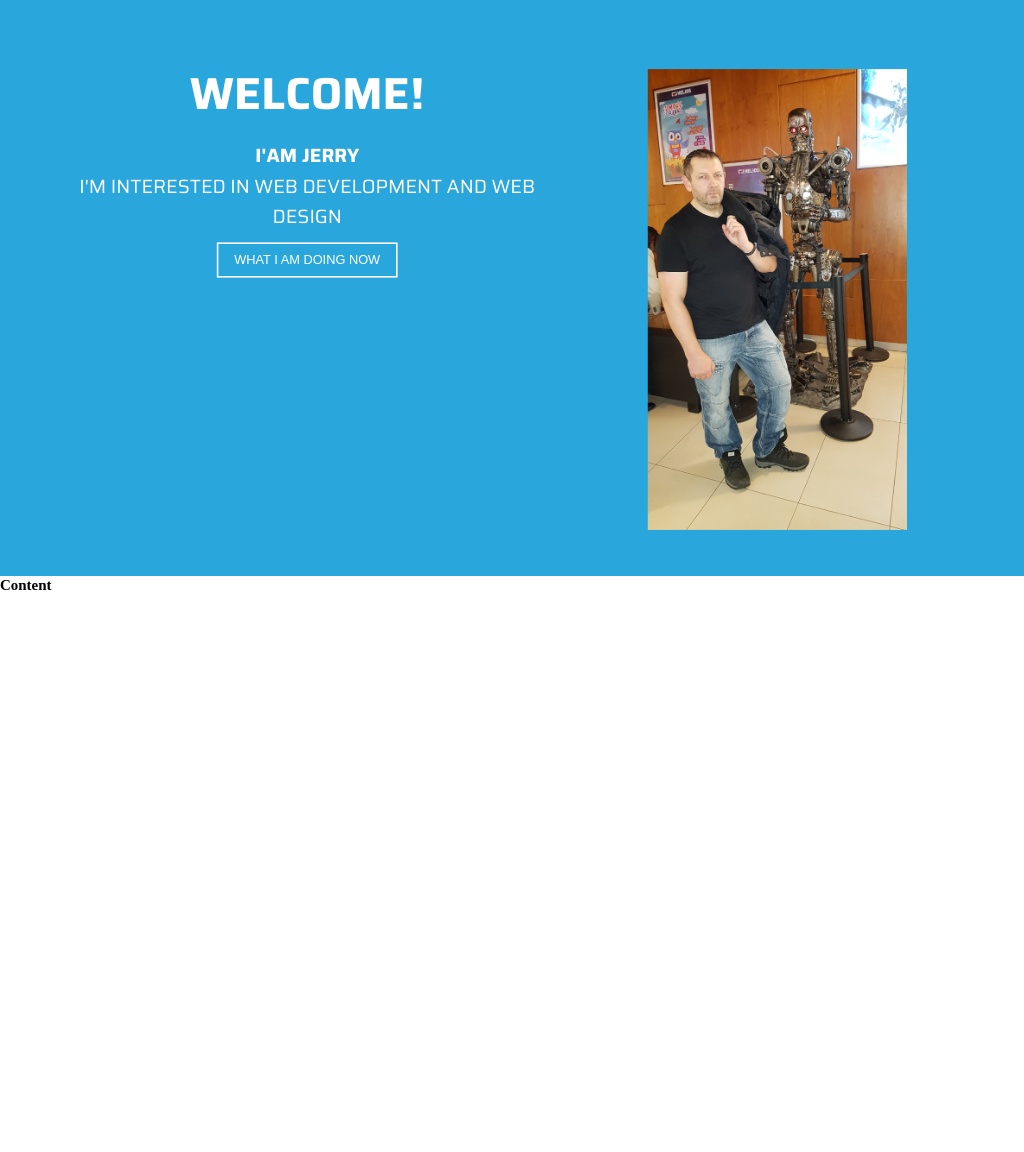
Repository: navanweb/dev
Page: jerry.html
The author's editor kept a copy of each file at every save. The page is drawn from the files as they stood at one save, then again after the next save.
The browser window is 1280 px wide. The pictures show the whole page, at 80% of full size.

Above is the page before, as saved 2019-04-06 22:03:38.

After the next save:
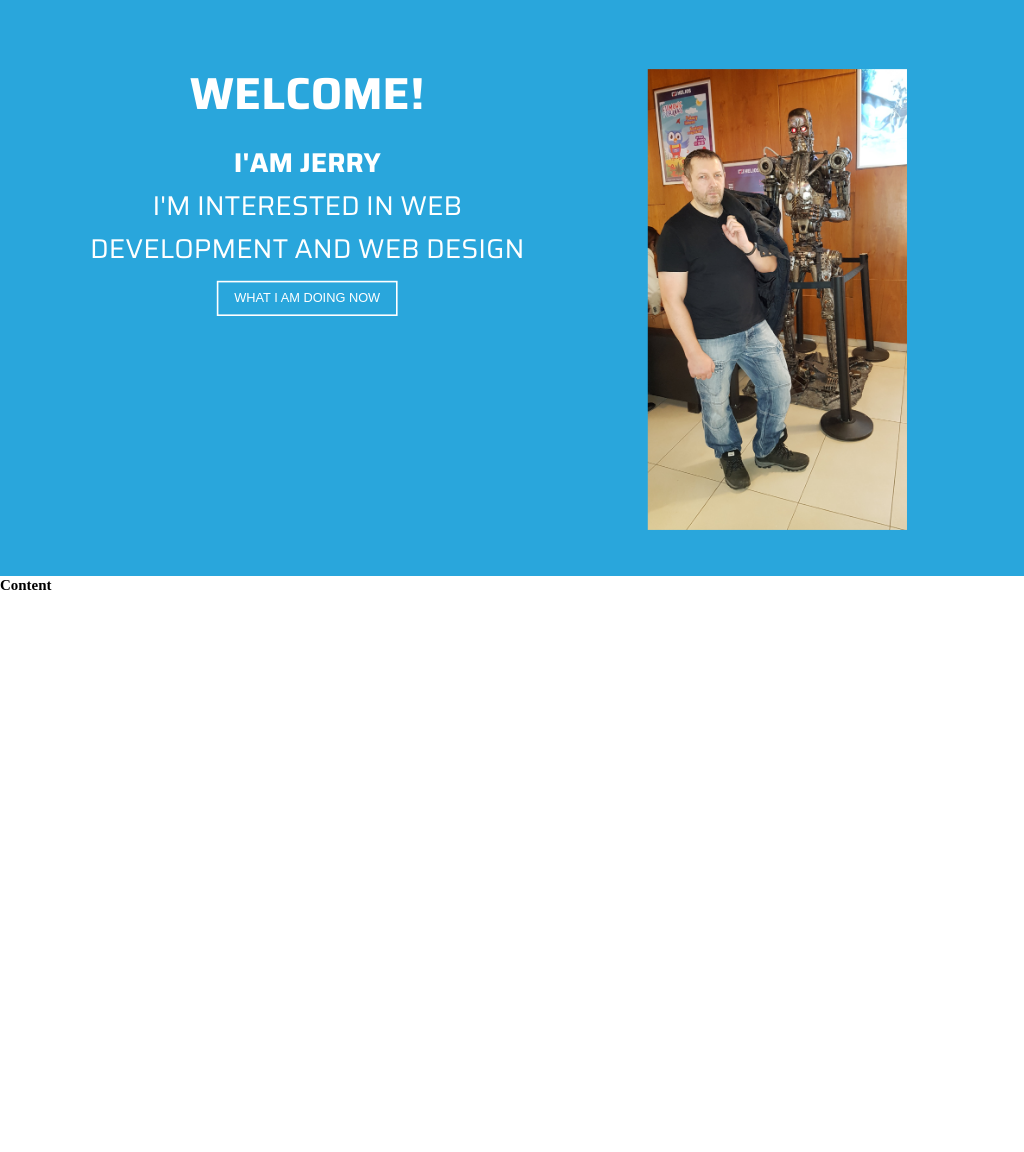
Saved 33 s later.
--- a/css/jerry.css
+++ b/css/jerry.css
@@ -127,11 +127,11 @@ header button {
     }
 
     header h1 {
-        font-size: 24px;
+        font-size: 34px;
     }
 
     header h2 {
-        font-size: 24px;
+        font-size: 34px;
     }
 
     header button {
